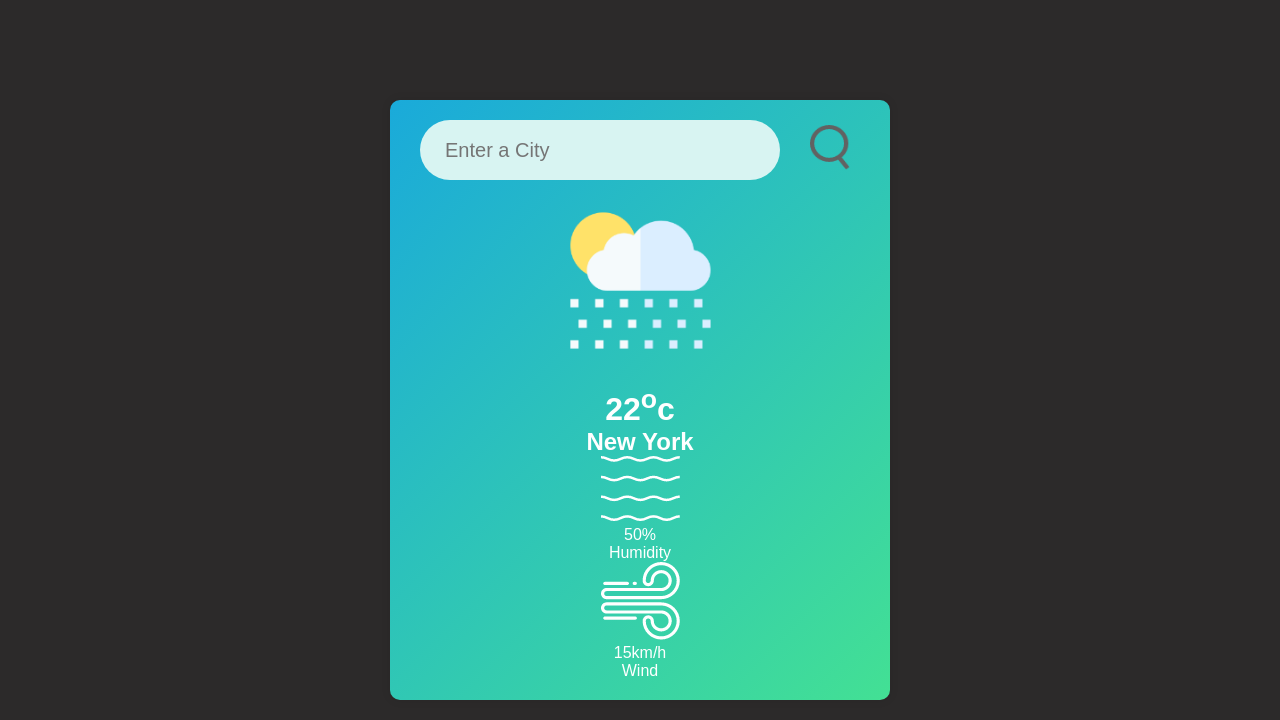
Repository: Haakim19/weatherApp
Page: index.html
These files come from the project's save history. The page is drawn as it stood at one moment and after the next save; the edit follows.
The browser window is 1280 px wide. The pictures show the whole page.

Above is the page before, as saved 2024-11-16 21:17:56.

After the next save:
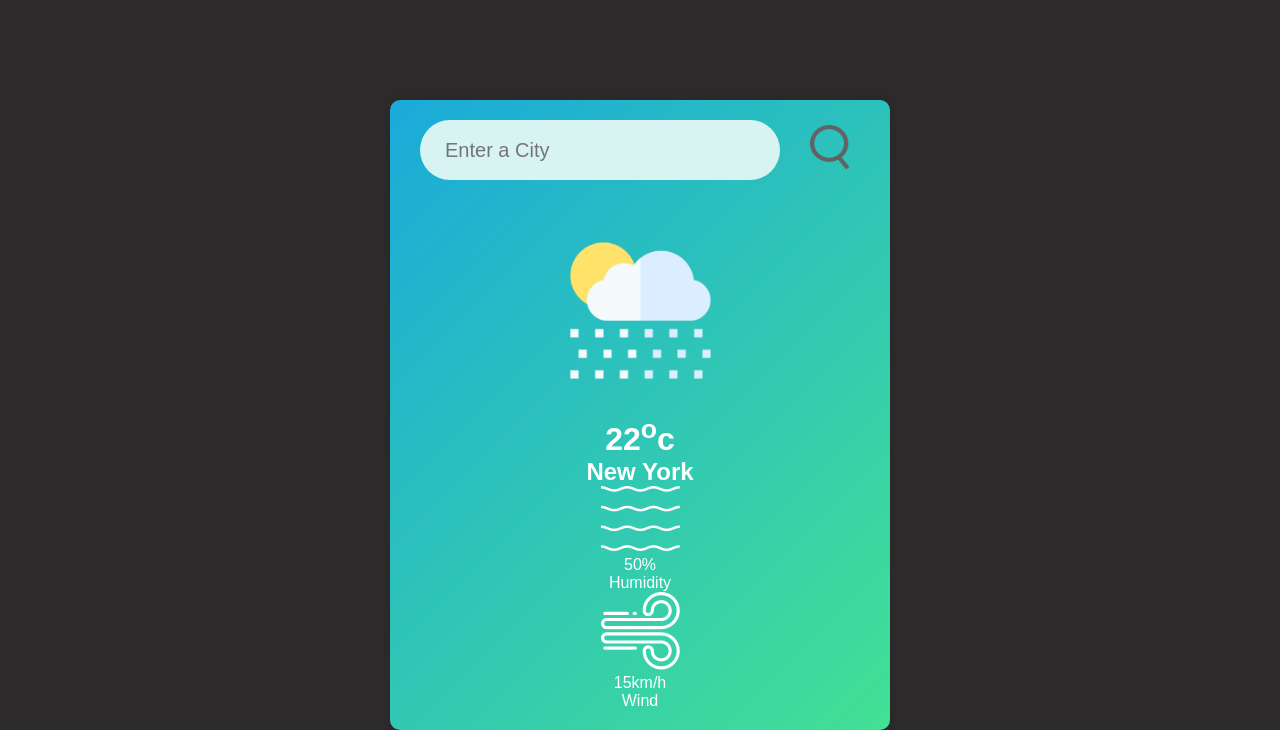
Saved 35 s later.
--- a/style.css
+++ b/style.css
@@ -54,5 +54,6 @@ body{
 }
 .weather-icon{
     width:200px;
-
+    margin-top: 30px;
 }
+.weather
